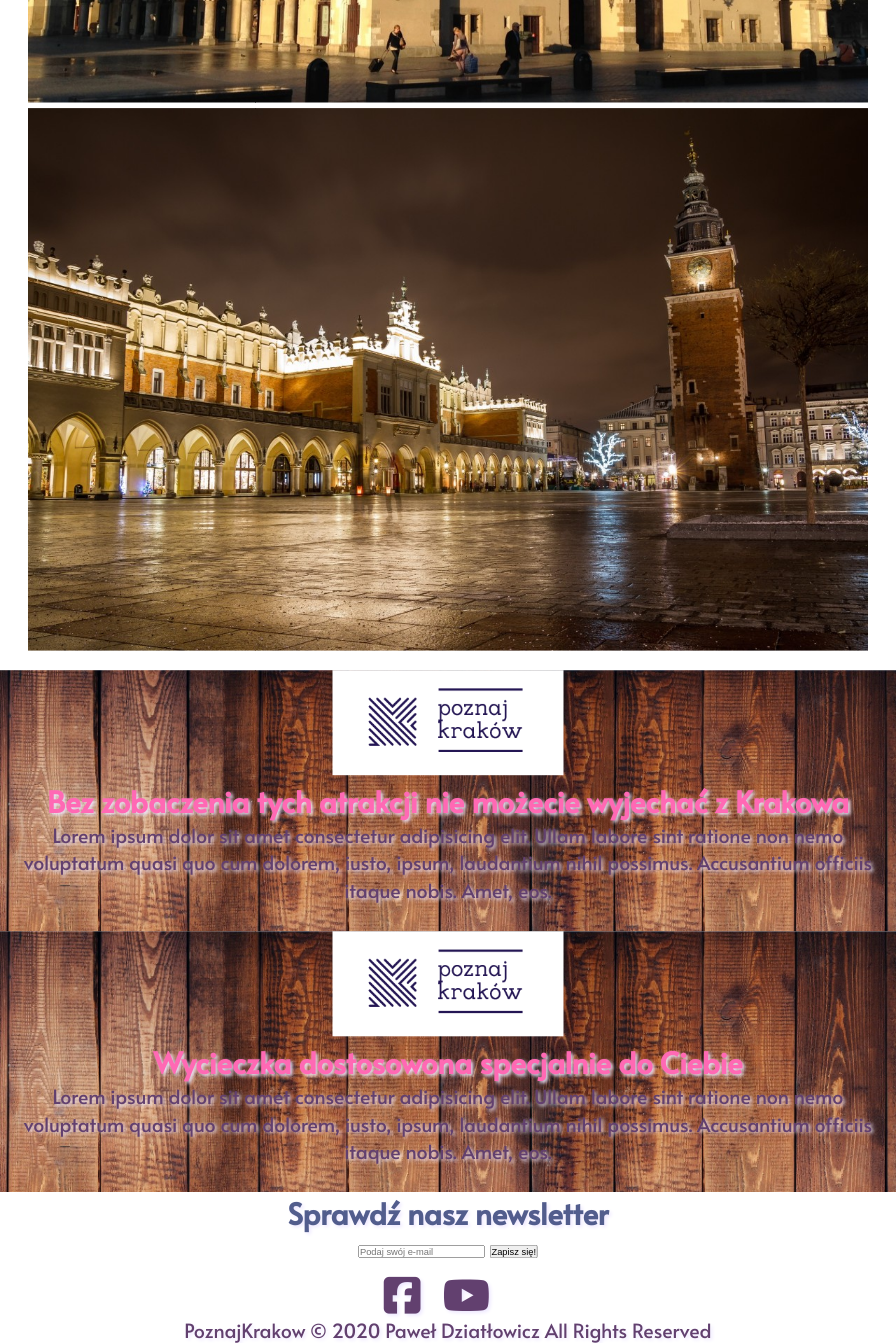
Repository: DZIALEK/projekt1
Page: projekt1.html
The author's editor kept a copy of each file at every save. The page is drawn from the files as they stood at one save, then again after the next save.
The browser window is 1280 px wide. The pictures show the part of the page from y = 2829 to 4749 px (the page is 4748 px tall before and 4749 px after), at 70% of full size.
Some icons come from a web library that is not loaded, so they are not drawn. A picture or video elsewhere on the page could not be fetched, so the positions and the page height are approximate. Some web libraries are served in a nearby version.

Above is the page before, as saved 2020-07-15 01:02:55.

After the next save:
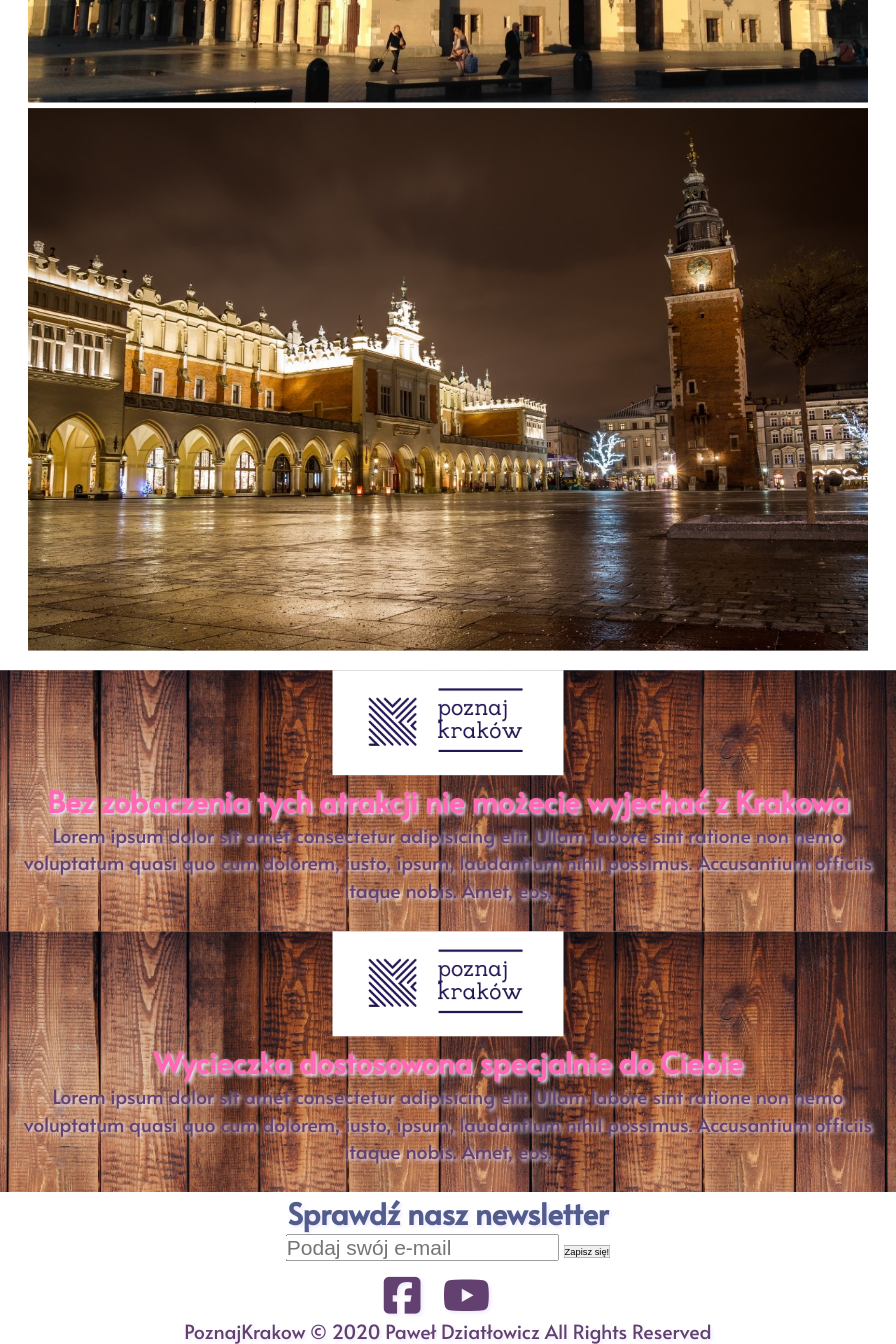
Saved 19 s later.
--- a/projekt1.css
+++ b/projekt1.css
@@ -191,3 +191,7 @@ nav a:hover {
 .section-newsletter h2 {
     color: rgb(82, 93, 141);
 }
+
+input {
+    font-size: 30px;
+}
